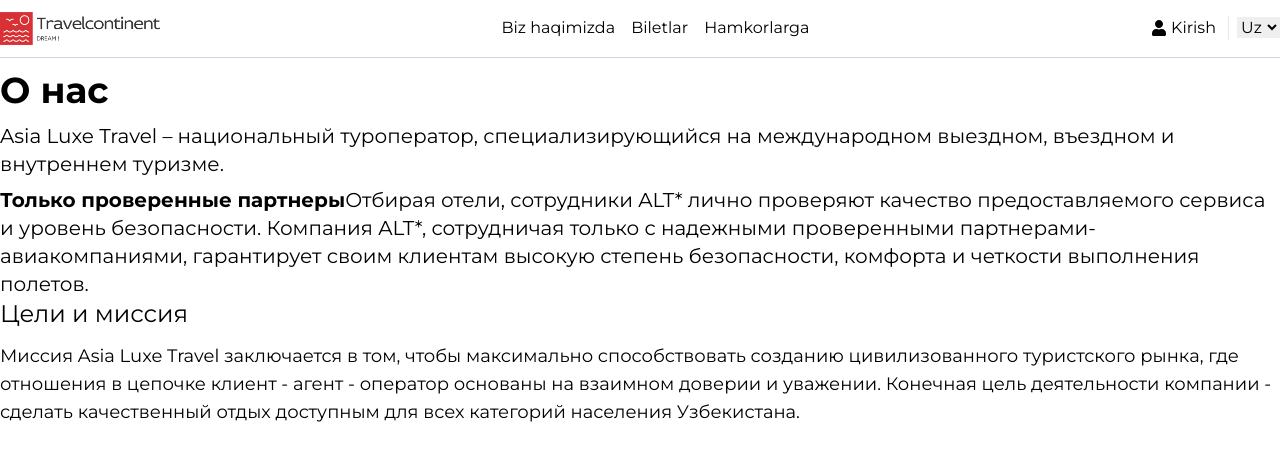
Repository: ziyodbek0300/avia-sales_
Page: /about-us
These files come from the project's save history. The page is drawn as it stood at one moment and after the next save; the edit follows.
The browser window is 1280 px wide. The pictures show the whole page.
The project was rebuilt for these pictures with package versions that can differ from the ones it lists, and the page was loaded fresh each time. Also part of the build but not shown: src/containers/home/Home.jsx.

Above is the page before, as saved 2022-06-04 00:33:24.

### src/index.js
import React from 'react';
import ReactDOM from 'react-dom/client';
import './index.scss';
import App from './App';
import { BrowserRouter } from 'react-router-dom';

// Import the functions you need from the SDKs you need
import { initializeApp } from "firebase/app";

const firebaseConfig = {
  apiKey: "AIzaSyCh8iVwHAk4edTRMCTfsixFgQGgbxiQ__o",
  authDomain: "travelcontinent-6deec.firebaseapp.com",
  projectId: "travelcontinent-6deec",
  storageBucket: "travelcontinent-6deec.appspot.com",
  messagingSenderId: "267962106998",
  appId: "1:267962106998:web:0326271bfbdab5676e8b57"
};

// Initialize Firebase
const app = initializeApp(firebaseConfig);
const root = ReactDOM.createRoot(document.getElementById('root'));
root.render(
  <React.StrictMode>
    <BrowserRouter>
      <App />
    </BrowserRouter>
  </React.StrictMode>
)

### src/index.scss
@tailwind base;
@tailwind components;
@tailwind utilities;
// font by google fonts
@import url('https://fonts.googleapis.com/css2?family=Montserrat:ital,wght@0,100;0,200;0,300;0,400;0,500;0,600;0,700;0,800;0,900;1,100;1,200;1,300;1,400;1,500;1,600;1,700;1,800;1,900&display=swap');

* {
  font-family: 'Montserrat', sans-serif;
}

code {
  font-family: source-code-pro, Menlo, Monaco, Consolas, 'Courier New',
    monospace;
}

.card-filter-courses {
  top: 5rem !important;
}

.card {
  grid-row: 1 / 3;
  background-size: cover;
  background-repeat: no-repeat;
}

/*main courses */
.main-courses {
  display: grid;
  grid-template-columns: 1fr 1fr;
  grid-template-rows: 10rem 10rem;
  grid-gap: 1rem;
}

.main-courses div:first-child {
  grid-row: 1 / 3;
}

.main-courses div {
  background-repeat: no-repeat;
  background-size: cover;
  background-image: linear-gradient(rgba(0, 0, 0, 0.1), rgba(0, 0, 0, 0.1));
  color: #fff;
}

.bg-custom {
  background: #f4f8fa !important;
}

### src/App.js
import { Route, Routes } from "react-router-dom";
import Navbar from "./components/navbar/Navbar";
import About from "./containers/about/About";
import Home from "./containers/home/Home";

function App() {
  return (
    <div>
      <Navbar />
      <Routes>
        <Route path="/" element={<Home />} />
        <Route path="/about-us" element={<About />} />
      </Routes>
    </div>
  );
}

export default App;

### src/components/navbar/Navbar.jsx
import React from 'react'
import { FaUser } from 'react-icons/fa';
import { NavLink } from 'react-router-dom';
import Logo from '../../static/images/logo.png'

function Navbar() {
    return (
        <div className='border-b border-b-slate-300 py-3'>
            <nav className=' flex justify-between items-center max-w-7xl mx-auto'>
                <div className="logo">
                    <img src={Logo} className="w-40" alt="logo" />
                </div>
                <ul className='flex gap-4'>
                    <li>
                        <NavLink to='/about-us'>Biz haqimizda</NavLink>
                    </li>
                    <li>Biletlar</li>
                    <li>Hamkorlarga</li>
                </ul>
                <ul className='flex gap-2'>
                    <li className='flex items-center border-r pr-3'>
                        <FaUser />&nbsp;Kirish
                    </li>
                    <li>
                        <select name="lang" id="lang" className='border-slate-500'>
                            <option value="uz">Uz</option>
                            <option value="uz">Ru</option>
                            <option value="uz">En</option>
                        </select>
                    </li>
                </ul>
            </nav>
        </div>
    )
}

export default Navbar

### src/containers/about/About.jsx
import React from 'react'

function About() {
    return (
        <div className='max-w-7xl mx-auto'>
            <div className='my-3'>
                <p className='text-4xl font-bold mb-3'>О нас</p>
                <p className='text-xl mb-2'>
                    Asia Luxe Travel – национальный туроператор, специализирующийся на международном выездном, въездном и внутреннем туризме.
                </p>
                <p className='text-xl'>
                    <b>Только проверенные партнеры</b>
                    Отбирая отели, сотрудники ALT* лично проверяют качество предоставляемого сервиса и уровень безопасности. Компания ALT*, сотрудничая только с надежными проверенными партнерами-авиакомпаниями, гарантирует своим клиентам высокую степень безопасности, комфорта и четкости выполнения полетов.
                </p>
                <p className='text-2xl font-normal mb-3'>Цели и миссия</p>
                <p className='text-lg'>
                    Миссия Asia Luxe Travel заключается в том, чтобы максимально способствовать созданию цивилизованного туристского рынка, где отношения в цепочке клиент - агент - оператор основаны на взаимном доверии и уважении. Конечная цель деятельности компании - сделать качественный отдых доступным для всех категорий населения Узбекистана.
                </p>
            </div>
        </div>
    )
}

export default About

Loaded but not shown: public/index.html (common file); tailwind.config.js (common file)

After the next save:
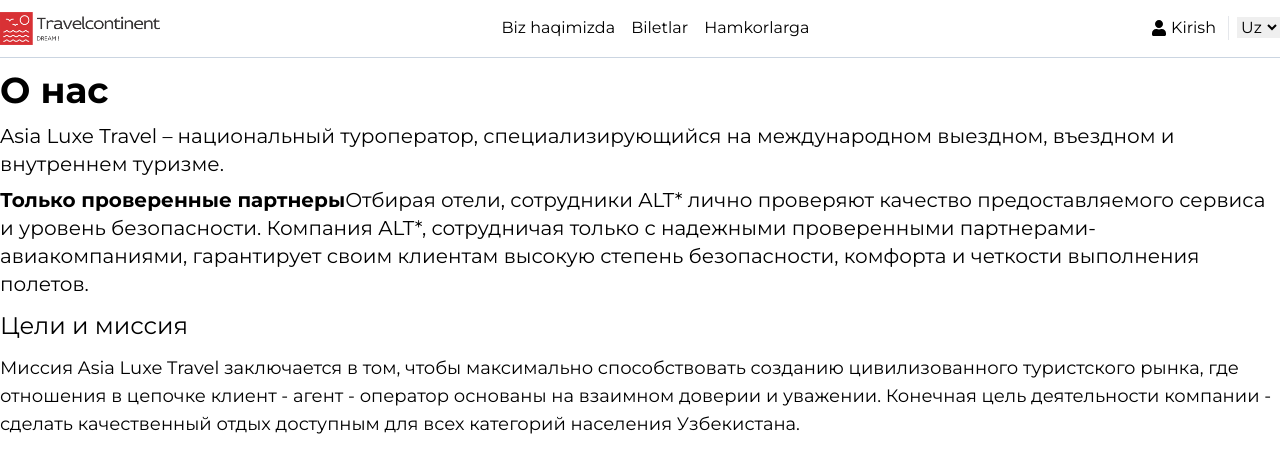
Saved 5 s later.
--- a/src/containers/about/About.jsx
+++ b/src/containers/about/About.jsx
@@ -12,7 +12,7 @@
                     <b>Только проверенные партнеры</b>
                     Отбирая отели, сотрудники ALT* лично проверяют качество предоставляемого сервиса и уровень безопасности. Компания ALT*, сотрудничая только с надежными проверенными партнерами-авиакомпаниями, гарантирует своим клиентам высокую степень безопасности, комфорта и четкости выполнения полетов.
                 </p>
-                <p className='text-2xl font-normal mb-3'>Цели и миссия</p>
+                <p className='text-2xl font-normal my-3'>Цели и миссия</p>
                 <p className='text-lg'>
                     Миссия Asia Luxe Travel заключается в том, чтобы максимально способствовать созданию цивилизованного туристского рынка, где отношения в цепочке клиент - агент - оператор основаны на взаимном доверии и уважении. Конечная цель деятельности компании - сделать качественный отдых доступным для всех категорий населения Узбекистана.
                 </p>
